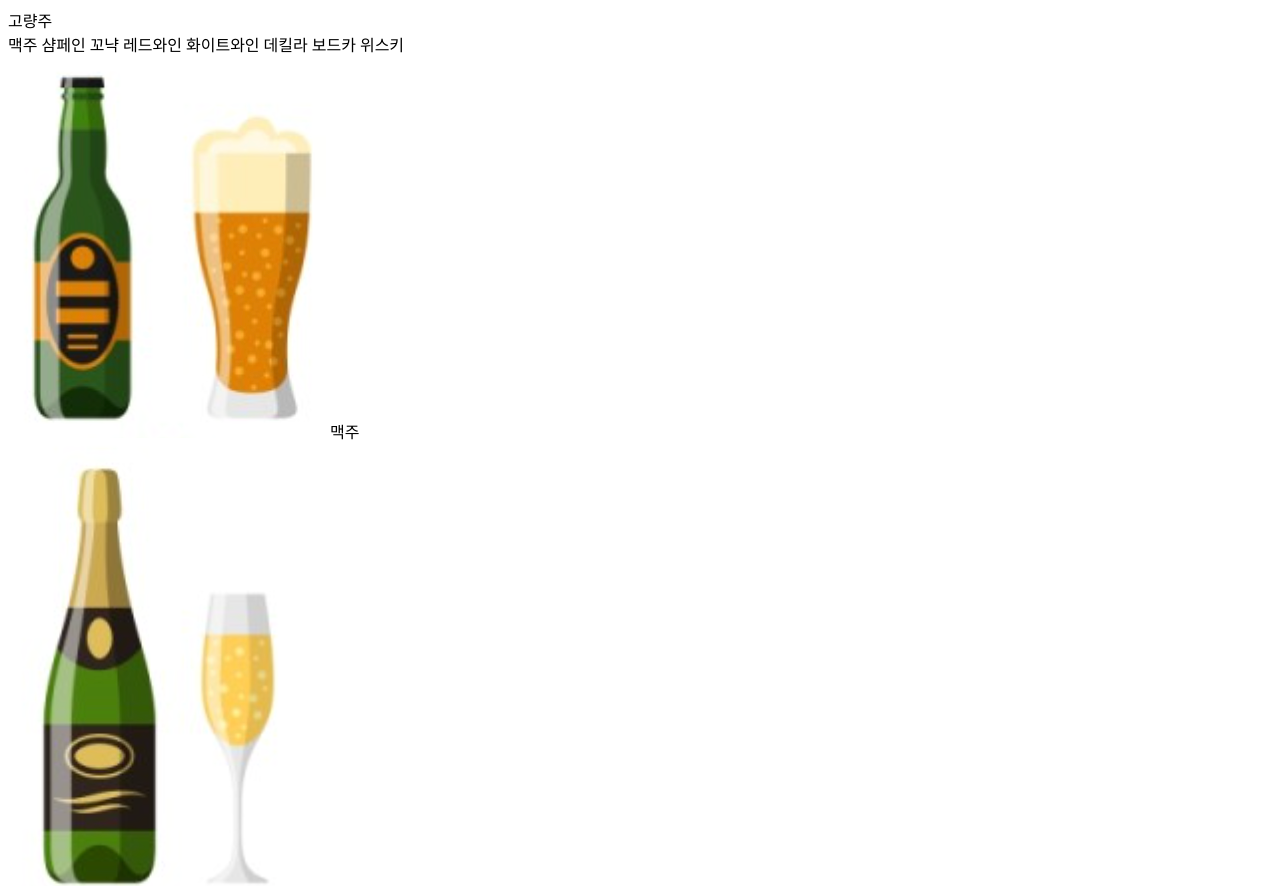
Repository: Jay-JYKim91/grj_2nd_week
Page: index.html
These files come from the project's save history. The page is drawn as it stood at one moment and after the next save; the edit follows.
The browser window is 1280 px wide. The pictures show the part of the page from y = 0 to 886 px (the page is 3268 px tall before and 3274 px after).
A picture or video elsewhere on the page could not be fetched, so the positions and the page height are approximate. Some web fonts or font styles are not loaded; a fallback is used.

Above is the page before, as saved 2022-05-03 14:13:11.

### index.html
<!DOCTYPE html>
<html lang="en">
<head>
    <meta charset="UTF-8">
    <meta http-equiv="X-UA-Compatible" content="IE=edge">
    <meta name="viewport" content="width=device-width, initial-scale=1.0">
    <title>Document</title>
    <link rel="stylesheet" href="./styles.css">
</head>
<body>
    <header>
        <span>고량주</span>
    </header>
    <main>
        <aside>
            <span>맥주</span>
            <span>샴페인</span>
            <span>꼬냑</span>
            <span>레드와인</span>
            <span>화이트와인</span>
            <span>데킬라</span>
            <span>보드카</span>
            <span>위스키</span>
        </aside>
        <section class="cards">
            <div class="card">
                <img src="./images/beer.png" alt="beer">
                <span>맥주</span>
            </div>
            <div class="card">
                <img src="./images/champagne.png" alt="champagne">
                <span>샴페인</span>
            </div>
            <div class="card">
                <img src="./images/cognac.png" alt="cognac">
                <span>꼬냑</span>
            </div>
            <div class="card">
                <img src="./images/red_wine.png" alt="red_wine">
                <span>레드와인</span>
            </div>
            <div class="card">
                <img src="./images/white_wine.png" alt="white_wine">
                <span>화이트와인</span>
            </div>
            <div class="card">
                <img src="./images/tequila.png" alt="tequila">
                <span>데킬라</span>
            </div>
            <div class="card">
                <img src="./images/vodka.png" alt="vodka">
                <span>보드카</span>
            </div>
            <div class="card">
                <img src="./images/whiskey.png" alt="whiskey">
                <span>위스키</span>
            </div>
        </section>
    </main>
</body>
</html>

### styles.css
@import url("https://fonts.googleapis.com/css2?family=Hahmlet:wght@400;500&display=swap");

* {
  box-sizing: border-box;
  font-family: "Hahmlet", serif;
}

After the next save:
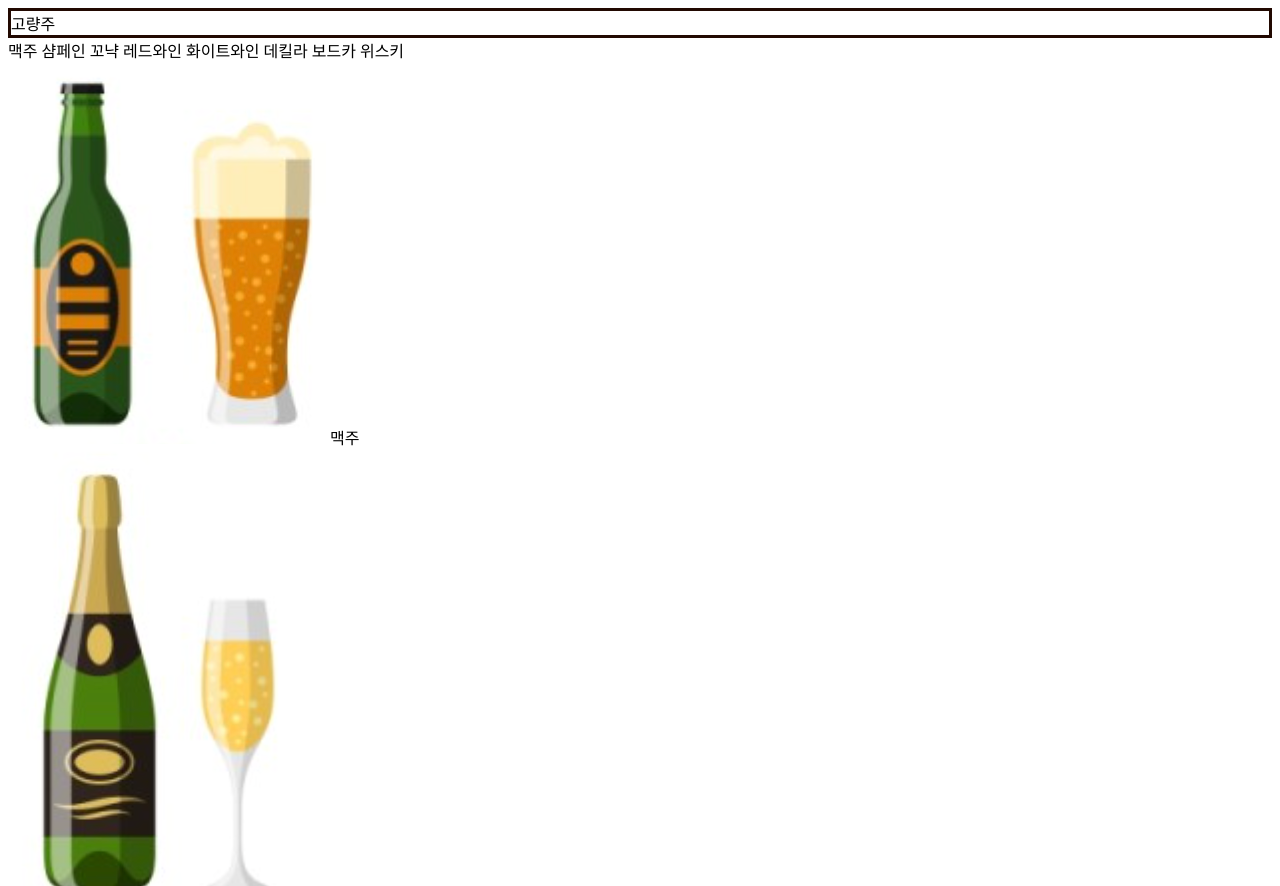
Saved 5 min 7 s later.
--- a/styles.css
+++ b/styles.css
@@ -4,3 +4,7 @@
   box-sizing: border-box;
   font-family: "Hahmlet", serif;
 }
+
+header {
+  border: 3px solid #220901;
+}
